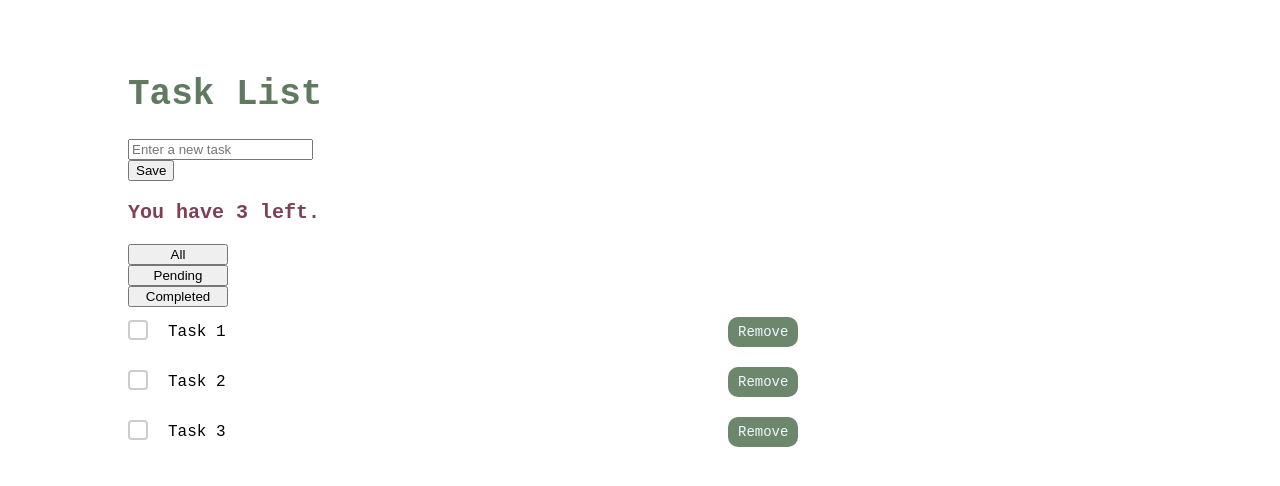
Repository: SandyLy453/task-list
Page: /
An editor plug-in stored every save of this project. The page is shown before and after the next save, followed by the edit.
The browser window is 1280 px wide. The pictures show the whole page.
The project was rebuilt for these pictures with package versions that can differ from the ones it lists, and the page was loaded fresh each time. Also part of the build but not shown: vite.config.js.

Above is the page before, as saved 2024-10-25 18:22:30.

### src/App.jsx
import { useState } from 'react';
import Task from './components/Task';
import TaskForm from './components/TaskForm';

function App() {
  const [tasks, setTasks] = useState([
    { name: 'Task 1', checked: false },
    { name: 'Task 2', checked: false },
    { name: 'Task 3', checked: false }
  ]);
  const [filter, setFilter] = useState('all');

  // Function to calculate the number of unchecked tasks
  const getUncheckedCount = () => {
    return tasks.filter((task) => !task.checked).length;
  };

  // Function to add a new task
  const addTask = (taskName) => {
    setTasks([...tasks, { name: taskName, checked: false }]); // New tasks are unchecked by default
  };

  // Function to remove a task
  const removeTask = (taskName) => {
    setTasks(tasks.filter((task) => task.name !== taskName));
  };

  // Function to toggle the task status
  const toggleTaskStatus = (taskName) => {
    const updatedTasks = tasks.map((task) =>
      task.name === taskName ? { ...task, checked: !task.checked } : task
    );
    setTasks(updatedTasks); // Update the task's checked status in the parent state
  };

  const filteredTasks = tasks.filter((task) => {
    if (filter === 'completed') return task.checked;
    if (filter === 'pending') return !task.checked;
    return true; // 'all' filter
  });

  return (
    <>
      <div className="container">
        <h1 className="title">Task List</h1>
        <TaskForm addTask={addTask} />
        <p className="note">You have {getUncheckedCount()} left.</p>
        <div className="filter">
          <button
            onClick={() => setFilter('all')}
            className="filter"
          >
            All
          </button>
          <button
            onClick={() => setFilter('pending')}
            className="filter"
          >
            Pending
          </button>
          <button
            onClick={() => setFilter('completed')}
            className="filter"
          >
            Completed
          </button>
        </div>
        <div>
          {filteredTasks.map((task) => (
            <Task
              key={task.name}
              name={task.name}
              checked={task.checked}
              toggleTaskStatus={toggleTaskStatus}
              removeTask={removeTask}
            />
          ))}
        </div>
      </div>
    </>
  );
}

export default App;

### src/index.css
.container {
  padding: 20px;
  margin: 30px 100px;
}

.title {
  font-family: monospace;
  font-size: 36px;
  color: rgb(95, 122, 95);
  font-weight: 900;
}

.note {
  font-family: monospace;
  font-size: 20px;
  color: rgb(126, 65, 84);
  font-weight: 600;
}

.inputBox {
  padding: 10px 0 10px 0;
}

.input {
  height: 20px;
  width: 400px;
  padding: 10px;
  font-size: 16px;
  font-family: monospace;
  margin: 20px 20px 20px 0;
  border-radius: 10px;
  border: 1px solid gray;
}

.filter {
  width: 100px;
}

.sm-btn{
  height: 40px;
  padding: 10px;
  font-size: 16px;
  font-family: monospace;
  background-color: rgb(108, 135, 108);
  color: aliceblue;
  border: none;
  border-radius: 10px;
}

.sm-btn:hover {
  background-color: rgb(84, 103, 84);
}

.task {
  display: flex;
  flex-direction: row;
  align-items: center;
  gap: 20px;
}

.checkBox {
  width: 20px;
  height: 20px;
  appearance: none;
  background-color: white;
  border: 2px solid #ccc;
  border-radius: 4px;
  cursor: pointer;
  position: relative;
  margin: 6px 0;
}

.checkBox:checked {
  background-color: rgb(108, 135, 108);
}

.checkBox:checked::after {
  content: "";
  display: block;
  width: 4px;
  height: 10px;
  border: solid white;
  border-width: 0 2px 2px 0;
  transform: rotate(45deg);
  position: absolute;
  top: 0px;
  left: 5px;
}

.content {
  width: 540px;
  display: flex;
  word-wrap: normal;
  font-family: monospace;
  font-size: 16px;
}

.task-delete {
  height: 30px;
  padding: 10px;
  align-items: center;
  align-self: center;
  display: flex;
  justify-content: center;
  font-size: 14px;
  font-family: monospace;
  background-color: rgb(108, 135, 108);
  color: aliceblue;
  border: none;
  border-radius: 10px;
}

.task-delete:hover {
  background-color: rgb(84, 103, 84);
}

### src/components/Task.jsx
import { useEffect } from "react";

export default function Task({ name, checked, removeTask, toggleTaskStatus }) {
  useEffect(() => {}, [checked]);

  return (
    <>
      <div className="task">
        <label>
          <input
            type="checkbox"
            className="checkBox"
            checked={checked}
            disabled={checked} // Disable if task is completed
            onChange={() => toggleTaskStatus(name)}
          />
        </label>
        <p
          className="content"
          style={{ textDecoration: checked ? "line-through" : "none" }}
        >
          {name}
        </p>
        <button className="task-delete" onClick={() => removeTask(name)}>
          Remove
        </button>
      </div>
    </>
  );
}

### src/components/TaskForm.jsx
import { useState } from "react";

// const taskTemplate = {
//     name: 'new task'
// };

export default function TaskForm({addTask}) {
    const [taskName, setTaskName] = useState('');

    // form submission
    const handleSubmit = (e) => {
        e.preventDefault(); // the form submission will be handled by JavaScript instead of triggering a page refresh
        if (taskName.trim()) { // checks if the taskName (the text the user entered) is not an empty string after trimming whitespace
            addTask( taskName );
            setTaskName(''); // clear the input field
        }
    }

    return (
        <>
            <form onSubmit={handleSubmit}>
                <div className="formContainer">
                    <input
                        id="task-name"
                        type="text"
                        value={taskName}
                        onChange={(e) => setTaskName(e.target.value)}
                        placeholder="Enter a new task"
                    />
                    <div className="btn-group">
                        <button type="submit" className="btn-save">Save</button>
                    </div>
                </div>
            </form>
        </>
    )
}

Loaded but not shown: index.html (common file); src/main.jsx (common file)

After the next save:
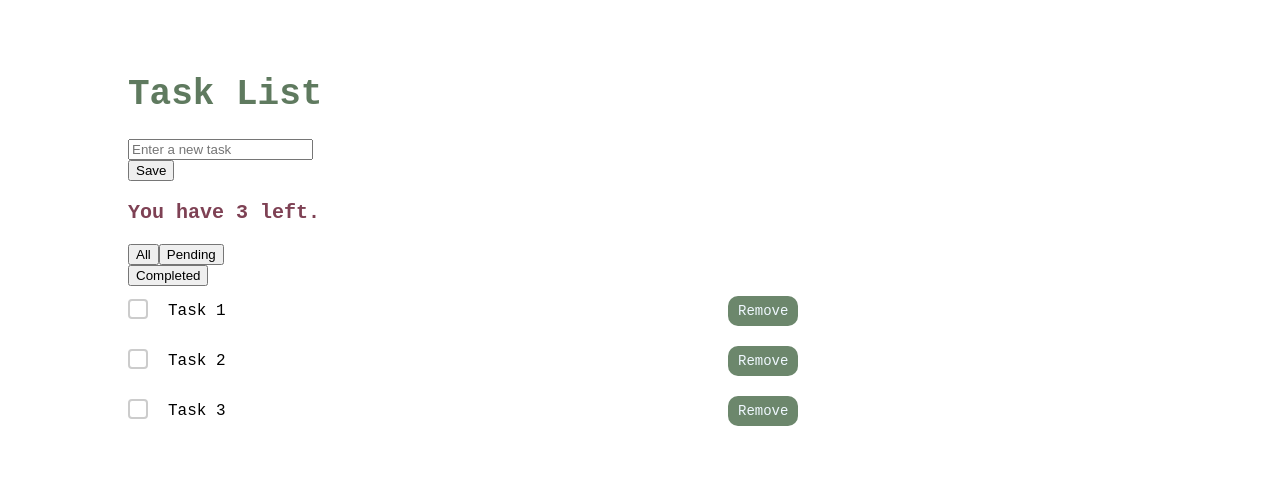
Saved 27 s later.
--- a/src/App.jsx
+++ b/src/App.jsx
@@ -48,19 +48,19 @@ function App() {
         <div className="filter">
           <button
             onClick={() => setFilter('all')}
-            className="filter"
+            className="filter-btn"
           >
             All
           </button>
           <button
             onClick={() => setFilter('pending')}
-            className="filter"
+            className="filter-btn"
           >
             Pending
           </button>
           <button
             onClick={() => setFilter('completed')}
-            className="filter"
+            className="filter-btn"
           >
             Completed
           </button>
